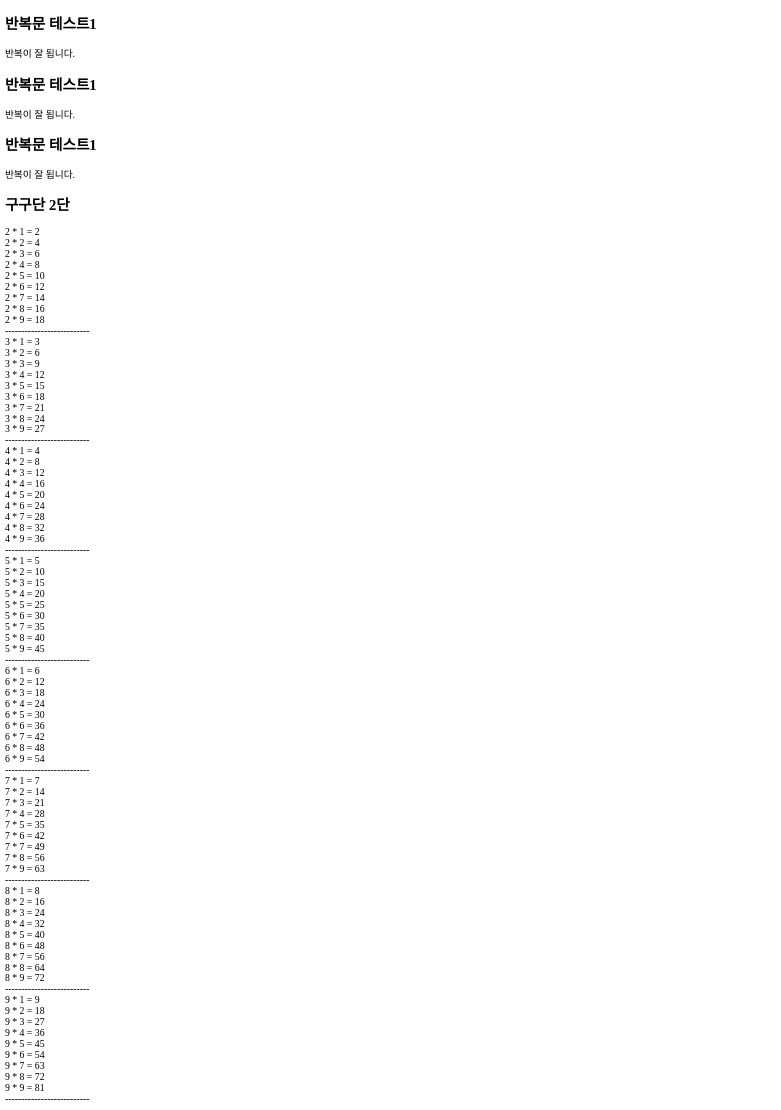
Repository: Yingjae/jsp_practice
Page: http://localhost/JSPBasic/JspTag/Scriptlet.jsp
The author's editor kept a copy of each file at every save. The page is drawn from the files as they stood at one save, then again after the next save.
The browser window is 1280 px wide. The pictures show the whole page, at 61% of full size.
The page is served by Tomcat 9.

Above is the page before, as saved 2022-01-28 02:45:10.

### JSPBasic/src/main/webapp/JspTag/Scriptlet.jsp
<%@ page language="java" contentType="text/html; charset=UTF-8"
    pageEncoding="UTF-8"%>
<!DOCTYPE html>
<html>
<head>
<meta charset="UTF-8">
<title>Insert title here</title>
</head>
<body>
	<!-- 스크립트릿 내부에는 자바 코드를 작성할 수 있으며
	이 코드를 반영해 페이지가 구성됩니다. -->
	<% for(int i = 0; i < 3; i++){ %>
		<h2>반복문 테스트1</h2>
		<p>
			반복이 잘 됩니다.
		</p>
	<% } %>

	<!-- 하단에 구구단 코드를 작성해주세요.
	System.out.println()이 괄호 내 구문을 콘솔에 찍히게 해줬다면
	out.println()은 html화면에 괄호 내 구문을 콘솔에 찍히게 해줍니다.
	(javascript의 document.write()와 같은 역할) -->
	<h2>구구단 2단</h2>
	<% for(int i = 2; i < 10; i++){
			for(int j = 1; j < 10; j++){
				out.println(i + " * " + j + " = " + (i * j) + "<br/>");
			}
		out.println("--------------------------" + "<br/>");
	    } %>
</body>
</html>

After the next save:
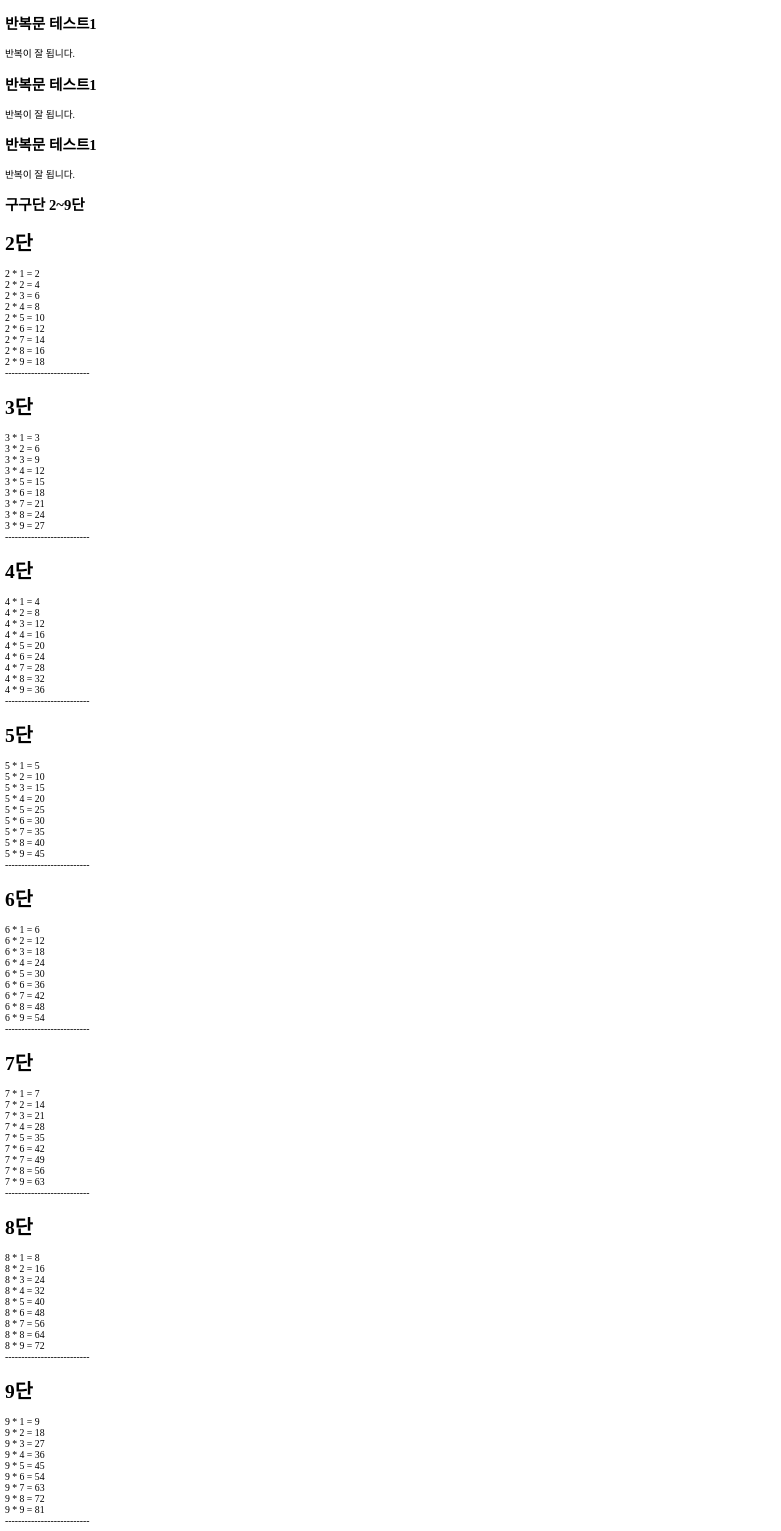
Saved 34 min 28 s later.
--- a/JSPBasic/src/main/webapp/JspTag/Scriptlet.jsp
+++ b/JSPBasic/src/main/webapp/JspTag/Scriptlet.jsp
@@ -20,8 +20,9 @@
 	System.out.println()이 괄호 내 구문을 콘솔에 찍히게 해줬다면
 	out.println()은 html화면에 괄호 내 구문을 콘솔에 찍히게 해줍니다.
 	(javascript의 document.write()와 같은 역할) -->
-	<h2>구구단 2단</h2>
+	<h2>구구단 2~9단</h2>
 	<% for(int i = 2; i < 10; i++){
+		   out.println("<h1>"+ i + "단</h1>");
 			for(int j = 1; j < 10; j++){
 				out.println(i + " * " + j + " = " + (i * j) + "<br/>");
 			}
